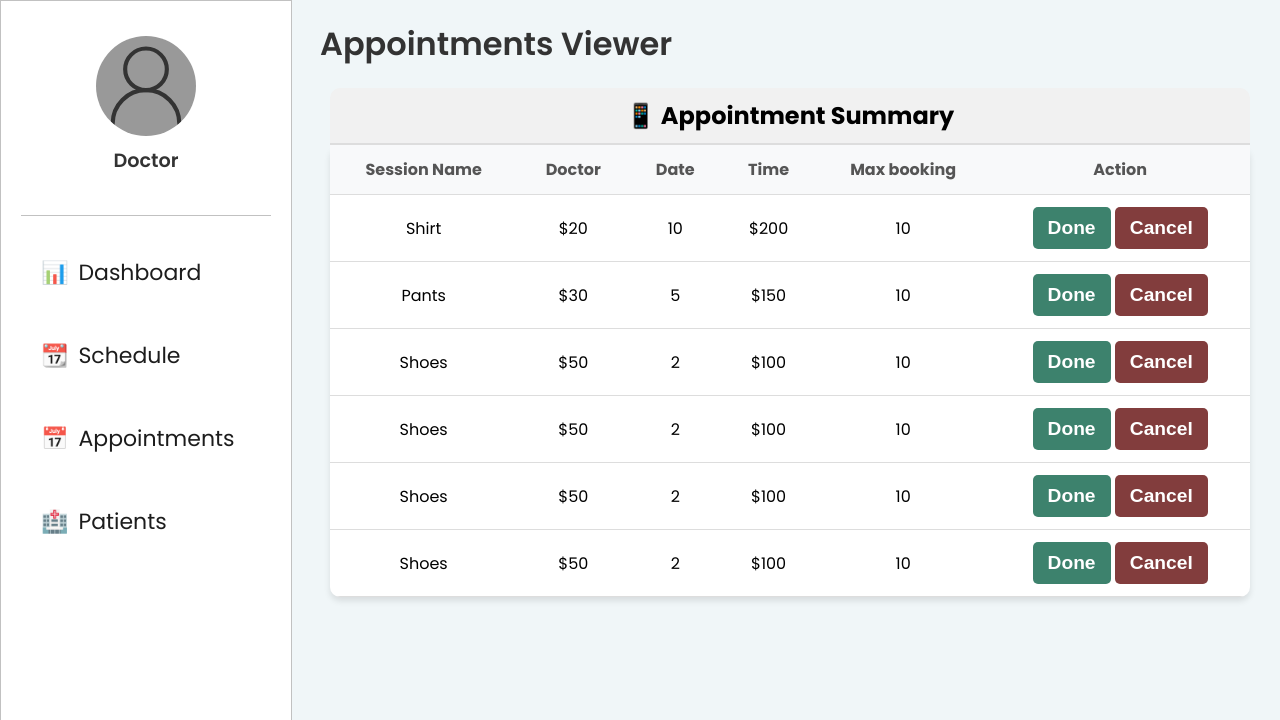
Repository: AriaFantom/Minor-Project
Page: http://localhost/Project/dashboard/admin/panel.jsp
An editor plug-in stored every save of this project. The page is shown before and after the next save, followed by the edit.
The browser window is 1280 px wide. The pictures show the whole page.
Some web fonts or font styles are not loaded; a fallback is used. The page is served by Tomcat 10.

Above is the page before, as saved 2024-12-05 05:06:45.

After the next save:
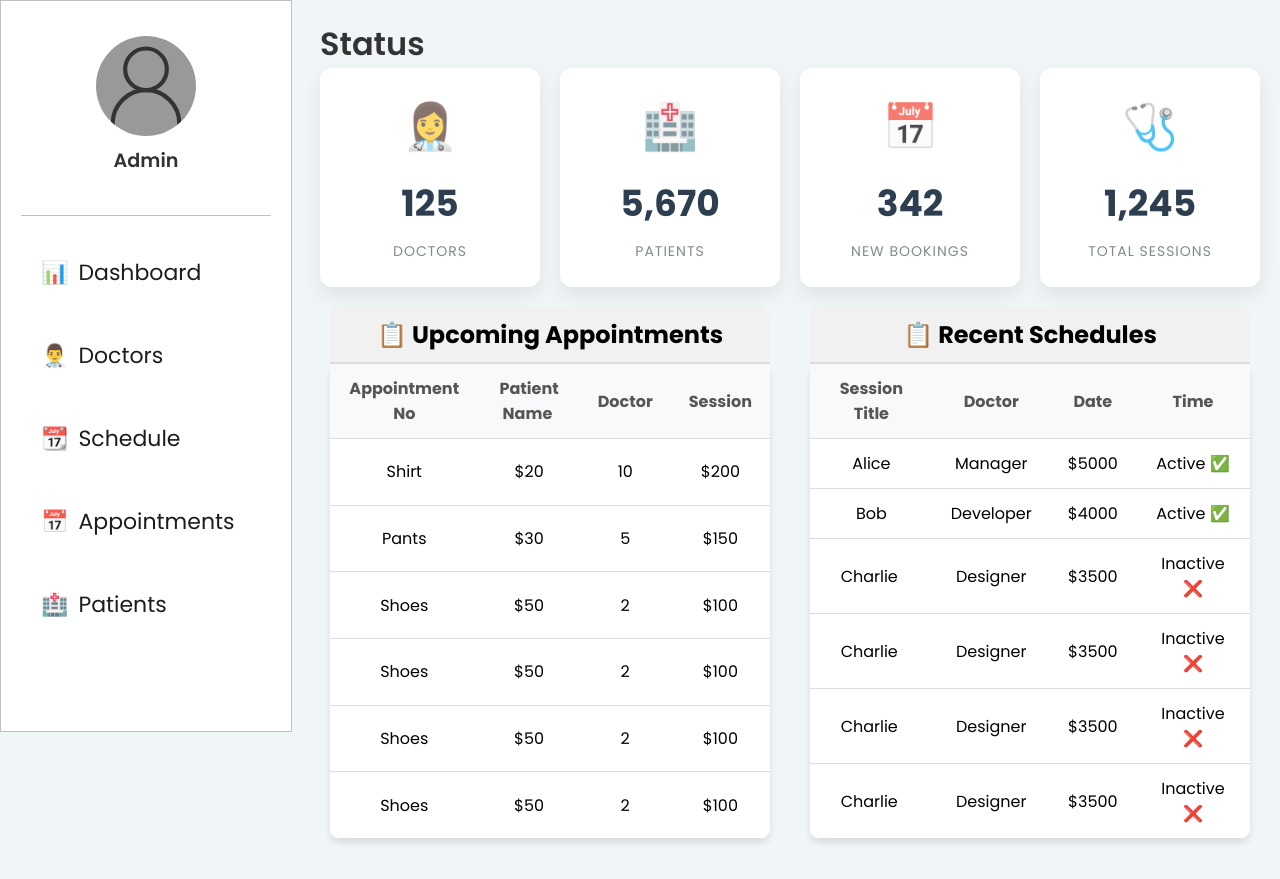
Saved 21 s later.
--- a/Project/src/main/webapp/dashboard/admin/panel.jsp
+++ b/Project/src/main/webapp/dashboard/admin/panel.jsp
@@ -5,7 +5,7 @@
 <head>
     <meta charset="UTF-8">
     <title>Title</title>
-    <link rel="stylesheet" href="../../css/doctor-panel.css">
+    <link rel="stylesheet" href="../../css/admin-panel.css">
 </head>
 <body>
 <aside class="side-bar">
@@ -16,13 +16,19 @@
             <circle cx="12" cy="8" r="5"/>
             <path d="M20 21a8 8 0 0 0-16 0"/>
         </svg>
-        <p>Doctor</p>
+        <p>Admin</p>
     </div>
     <ul class="siderbar-navlinks">
         <li>
             <a href="panel.html">
                 <div class="icon">📊</div>
                 Dashboard
+            </a>
+        </li>
+        <li>
+            <a href="doctor.html">
+                <div class="icon">👨‍⚕️</div>
+                Doctors
             </a>
         </li>
         <li>
@@ -46,20 +52,42 @@
     </ul>
 </aside>
 <main>
-    <div class="top-heading">
-        <h4 class="panel-heading">Appointments Viewer</h4>
+    <h4 class="panel-heading">Status</h4>
+    <div class="stats-container">
+        <div class="stats-card doctors">
+            <div class="stats-icon">👩‍⚕️</div>
+            <div class="stats-number">125</div>
+            <div class="stats-label">Doctors</div>
+        </div>
+
+        <div class="stats-card patients">
+            <div class="stats-icon">🏥</div>
+            <div class="stats-number">5,670</div>
+            <div class="stats-label">Patients</div>
+        </div>
+
+        <div class="stats-card bookings">
+            <div class="stats-icon">📅</div>
+            <div class="stats-number">342</div>
+            <div class="stats-label">New Bookings</div>
+        </div>
+
+        <div class="stats-card sessions">
+            <div class="stats-icon">🩺</div>
+            <div class="stats-number">1,245</div>
+            <div class="stats-label">Total Sessions</div>
+        </div>
     </div>
+
     <div class="container">
         <table class="appointment-table">
-            <caption>📱 Appointment Summary</caption>
+            <caption>📋 Upcoming Appointments</caption>
             <thead>
             <tr>
-                <th>Session Name</th>
+                <th>Appointment No</th>
+                <th>Patient Name ️</th>
                 <th>Doctor</th>
-                <th>Date</th>
-                <th>Time</th>
-                <th>Max booking</th>
-                <th>Action</th>
+                <th>Session</th>
             </tr>
             </thead>
             <tbody>
@@ -68,66 +96,86 @@
                 <td>$20</td>
                 <td>10</td>
                 <td>$200</td>
-                <td>10</td>
-                <td>
-                    <button class="edit-button">Done</button>
-                    <button class="delete-button">Cancel</button>
-                </td>
             </tr>
             <tr>
                 <td>Pants</td>
                 <td>$30</td>
                 <td>5</td>
                 <td>$150</td>
-                <td>10</td>
-                <td>
-                    <button class="edit-button">Done</button>
-                    <button class="delete-button">Cancel</button>
-                </td>
             </tr>
             <tr>
                 <td>Shoes</td>
                 <td>$50</td>
                 <td>2</td>
                 <td>$100</td>
-                <td>10</td>
-                <td>
-                    <button class="edit-button">Done</button>
-                    <button class="delete-button">Cancel</button>
-                </td>
             </tr>
             <tr>
                 <td>Shoes</td>
                 <td>$50</td>
                 <td>2</td>
                 <td>$100</td>
-                <td>10</td>
-                <td>
-                    <button class="edit-button">Done</button>
-                    <button class="delete-button">Cancel</button>
-                </td>
             </tr>
             <tr>
                 <td>Shoes</td>
                 <td>$50</td>
                 <td>2</td>
                 <td>$100</td>
-                <td>10</td>
-                <td>
-                    <button class="edit-button">Done</button>
-                    <button class="delete-button">Cancel</button>
-                </td>
             </tr>
             <tr>
                 <td>Shoes</td>
                 <td>$50</td>
                 <td>2</td>
                 <td>$100</td>
-                <td>10</td>
-                <td>
-                    <button class="edit-button">Done</button>
-                    <button class="delete-button">Cancel</button>
-                </td>
+            </tr>
+            </tbody>
+        </table>
+
+        <table class="appointment-table">
+            <caption>📋 Recent Schedules</caption>
+            <thead>
+            <tr>
+                <th>Session Title</th>
+                <th>Doctor</th>
+                <th>Date</th>
+                <th>Time</th>
+            </tr>
+            </thead>
+            <tbody>
+            <tr>
+                <td>Alice</td>
+                <td>Manager</td>
+                <td>$5000</td>
+                <td>Active ✅</td>
+            </tr>
+            <tr>
+                <td>Bob</td>
+                <td>Developer</td>
+                <td>$4000</td>
+                <td>Active ✅</td>
+            </tr>
+            <tr>
+                <td>Charlie ️</td>
+                <td>Designer</td>
+                <td>$3500</td>
+                <td>Inactive ❌</td>
+            </tr>
+            <tr>
+                <td>Charlie ️</td>
+                <td>Designer</td>
+                <td>$3500</td>
+                <td>Inactive ❌</td>
+            </tr>
+            <tr>
+                <td>Charlie ️</td>
+                <td>Designer</td>
+                <td>$3500</td>
+                <td>Inactive ❌</td>
+            </tr>
+            <tr>
+                <td>Charlie ️</td>
+                <td>Designer</td>
+                <td>$3500</td>
+                <td>Inactive ❌</td>
             </tr>
             </tbody>
         </table>
